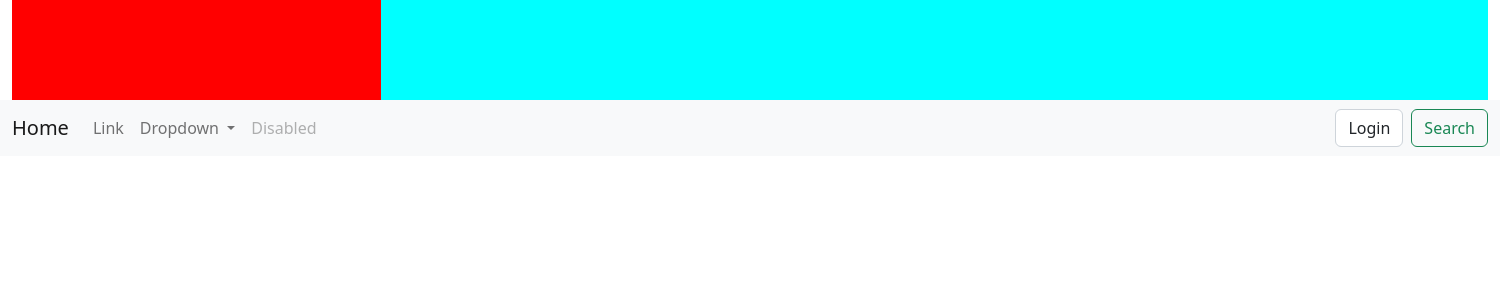
Repository: nguyenhung50497/MD2_bootstrap
Page: BT_giaoDienWeb/index.html
An editor plug-in stored every save of this project. The page is shown before and after a run of saves, followed by the edit.
The browser window is 1280 px wide. The page is 1500 px wide, so the pictures cover 1500 px, including what lies to the right of the window. The pictures show the whole page.

Above is the page before, as saved 2022-11-30 13:51:00.

### BT_giaoDienWeb/index.html
<!DOCTYPE html>
<html lang="en">
<head>
    <meta charset="UTF-8">
    <meta http-equiv="X-UA-Compatible" content="IE=edge">
    <meta name="viewport" content="width=device-width, initial-scale=1.0">
    <link href="https://cdn.jsdelivr.net/npm/bootstrap@5.2.3/dist/css/bootstrap.min.css" rel="stylesheet" integrity="sha384-rbsA2VBKQhggwzxH7pPCaAqO46MgnOM80zW1RWuH61DGLwZJEdK2Kadq2F9CUG65" crossorigin="anonymous">
    <script src="https://cdn.jsdelivr.net/npm/bootstrap@5.2.3/dist/js/bootstrap.bundle.min.js" integrity="sha384-kenU1KFdBIe4zVF0s0G1M5b4hcpxyD9F7jL+jjXkk+Q2h455rYXK/7HAuoJl+0I4" crossorigin="anonymous"></script>
    <title>Document</title>
</head>
<style>
    .col-lg-3 {
        background-color: red;
        height: 100px;
    }
    .col-lg-9 {
        background-color: aqua;
        height: 100px;
    }
</style>
<body>
<center>
    <div style="width: 1500px;">
    <header class="container-fluid row">
        <div class="col-lg-3">
            <img src="" alt="">
        </div>
        <div class="col-lg-9">
            <img src="" alt="">
        </div>
    </header>
    <nav class="navbar navbar-expand-lg bg-light">
        <div class="container-fluid">
          <a class="navbar-brand" href="#">Home</a>
          <button class="navbar-toggler" type="button" data-bs-toggle="collapse" data-bs-target="#navbarSupportedContent" aria-controls="navbarSupportedContent" aria-expanded="false" aria-label="Toggle navigation">
            <span class="navbar-toggler-icon"></span>
          </button>
          <div class="collapse navbar-collapse" id="navbarSupportedContent">
            <ul class="navbar-nav me-auto mb-2 mb-lg-0">
              <li class="nav-item">
                <a class="nav-link" href="#">Link</a>
              </li>
              <li class="nav-item dropdown">
                <a class="nav-link dropdown-toggle" href="#" role="button" data-bs-toggle="dropdown" aria-expanded="false">
                  Dropdown
                </a>
                <ul class="dropdown-menu">
                  <li><a class="dropdown-item" href="#">Action</a></li>
                  <li><a class="dropdown-item" href="#">Another action</a></li>
                  <li><hr class="dropdown-divider"></li>
                  <li><a class="dropdown-item" href="#">Something else here</a></li>
                </ul>
              </li>
              <li class="nav-item">
                <a class="nav-link disabled">Disabled</a>
              </li>
            </ul>
            <form class="d-flex" role="search">
              <button class="form-control me-2" type="search" placeholder="Search" aria-label="Search">Login</button>
              <button class="btn btn-outline-success" type="submit">Search</button>
            </form>
          </div>
        </div>
      </nav>
    <div>
        <aside></aside>
        <section></section>
        <aside></aside>
    </div>
    <footer></footer>
    </div>
</center>
</body>
</html>

After the next 3 saves:
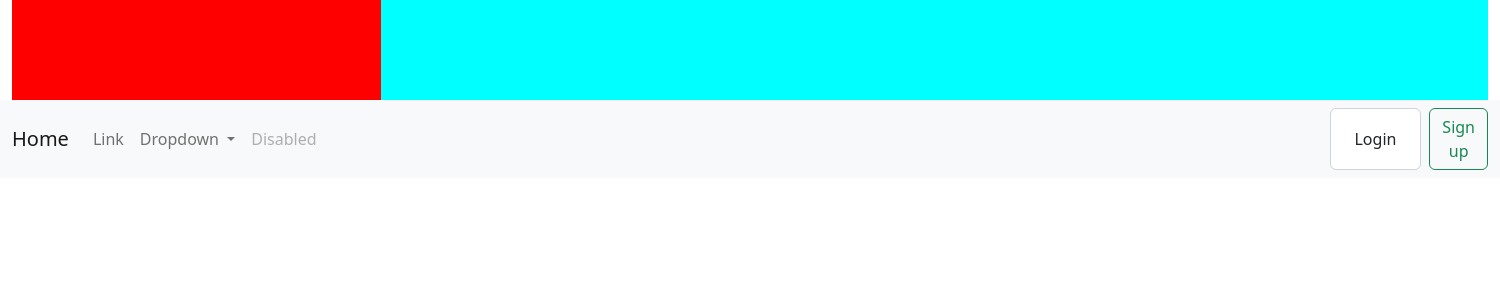
The 3 saves are shown as one change because they came seconds apart.
The last was saved 10 s later.
--- a/BT_giaoDienWeb/index.html
+++ b/BT_giaoDienWeb/index.html
@@ -57,7 +57,7 @@
             </ul>
             <form class="d-flex" role="search">
               <button class="form-control me-2" type="search" placeholder="Search" aria-label="Search">Login</button>
-              <button class="btn btn-outline-success" type="submit">Search</button>
+              <button class="btn btn-outline-success" type="submit">Sign up</button>
             </form>
           </div>
         </div>
